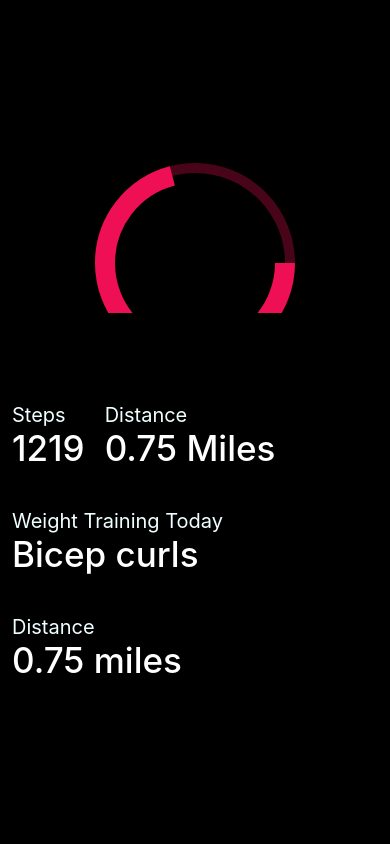
Repository: JamesPesenti/JiMTracker
Screen: /
An editor plug-in stored every save of this project. The screen is shown before and after the next save, followed by the edit.
The app was drawn by React Native's web renderer in a window 390 px wide. The project was rebuilt for these pictures with package versions that can differ from the ones it lists, and the page was loaded fresh each time.

Above is the screen before, as saved 2023-06-16 14:47:13.

### App.tsx
import { StatusBar } from 'expo-status-bar';
import { StyleSheet, Text, View } from 'react-native';
import Value from "./src/components/Value"
import RingProgress from './src/components/RingProgress';



export default function App() {
  return (
    <View style={styles.container}>
       <RingProgress />
       <View style={{flexDirection: "row", gap: 20}}>
          <Value label="Steps" value="1219" />
          <Value label="Distance" value="0.75 Miles" />
       </View>
          {/* Training */}
           <View>
              <Text style={styles.label}>Weight Training Today</Text>
              <Text style={styles.amount}>Bicep curls</Text>
           </View>

        <View style={{flexDirection: 'row'}}>
          {/* new */}
          <View>
              <Text style={styles.label}>Distance</Text>
              <Text style={styles.amount}>0.75 miles</Text>
          </View>
        </View>
      <StatusBar style="auto" />
    </View>
  );
}

const styles = StyleSheet.create({
  container: {
    flex: 1,
    backgroundColor: 'black',
    justifyContent: 'center',
    padding: 12,
    marginHorizontal: 0,
    gap: 40,
  },
  label: {
    color: "azure",
    fontSize: 20,
  },
  amount: {
    color: "white",
    fontSize: 35,
    fontWeight: "500"
  }
});

### src/components/Value.tsx
import { StyleSheet, Text, View } from 'react-native';

type ValueProps = {
  label: string;
  value: string;
}

const Value = ({ label, value }: ValueProps) => {
  return (
    <>
     <View>
      <Text style={styles.label}>{label}</Text>
      <Text style={styles.amount}>{value}</Text>
     </View>
    </>
  )
}

export default Value

const styles = StyleSheet.create({
   label: {
      color: "azure",
      fontSize: 20,
    },
    amount: {
      color: "white",
      fontSize: 35,
      fontWeight: "500"
    }
})

### src/components/RingProgress.tsx
import { StyleSheet, Text, View } from 'react-native'
import SVG, { Circle } from 'react-native-svg'

type RingProgressProps = {
   radius?: number;
   strokeWidth?: number;
}

const color = "#EE0F55"

const RingProgress = ({radius = 100, strokeWidth = 20}: RingProgressProps) => {

   const innerRadius = radius - strokeWidth / 2
   const circumference = 2 * Math.PI * innerRadius

  return (
    <View style={{ width: radius * 2, height: radius * 2, alignSelf: "center"}}>
      <SVG>
         {/* background */}
         <Circle
            cx={radius}
            cy={radius}
            r={innerRadius}
            strokeWidth={strokeWidth}
            stroke={color}
            opacity={0.3}
         />
         {/* foreground */}
         <Circle
            cx={radius}
            cy={radius}
            r={innerRadius}
            strokeWidth={strokeWidth}
            stroke={color}
            strokeDasharray={[circumference - 165]}
         />
      </SVG>
    </View>
  )
}

export default RingProgress

const styles = StyleSheet.create({})

After the next save:
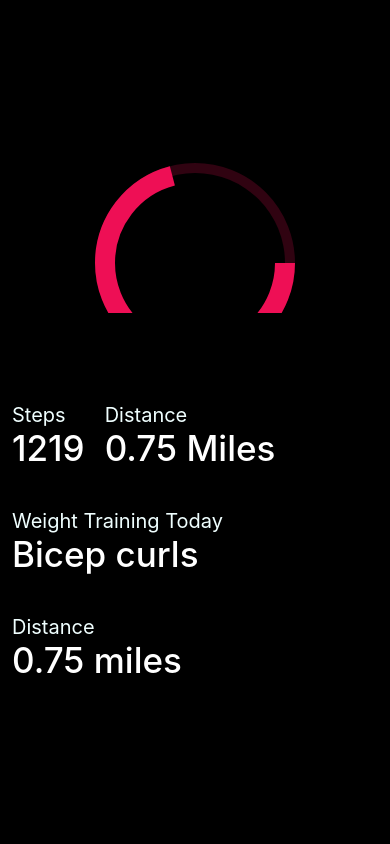
Saved 4 s later.
--- a/src/components/RingProgress.tsx
+++ b/src/components/RingProgress.tsx
@@ -23,7 +23,7 @@ const RingProgress = ({radius = 100, strokeWidth = 20}: RingProgressProps) => {
             r={innerRadius}
             strokeWidth={strokeWidth}
             stroke={color}
-            opacity={0.3}
+            opacity={0.2}
          />
          {/* foreground */}
          <Circle
